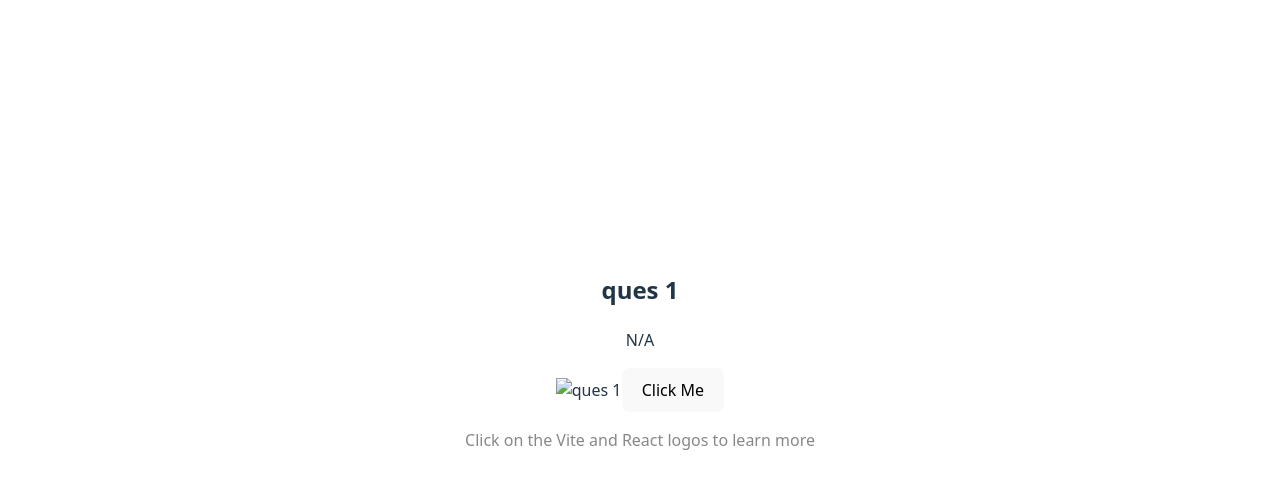
Repository: soluchi07/Flashcard-app
Page: /
The author's editor kept a copy of each file at every save. The page is drawn from the files as they stood at one save, then again after the next save.
The browser window is 1280 px wide. The pictures show the whole page.
The project was rebuilt for these pictures with package versions that can differ from the ones it lists, and the page was loaded fresh each time. Also part of the build but not shown: vite.config.js, src/components/Card.css.

Above is the page before, as saved 2025-06-13 17:11:44.

After the next save:
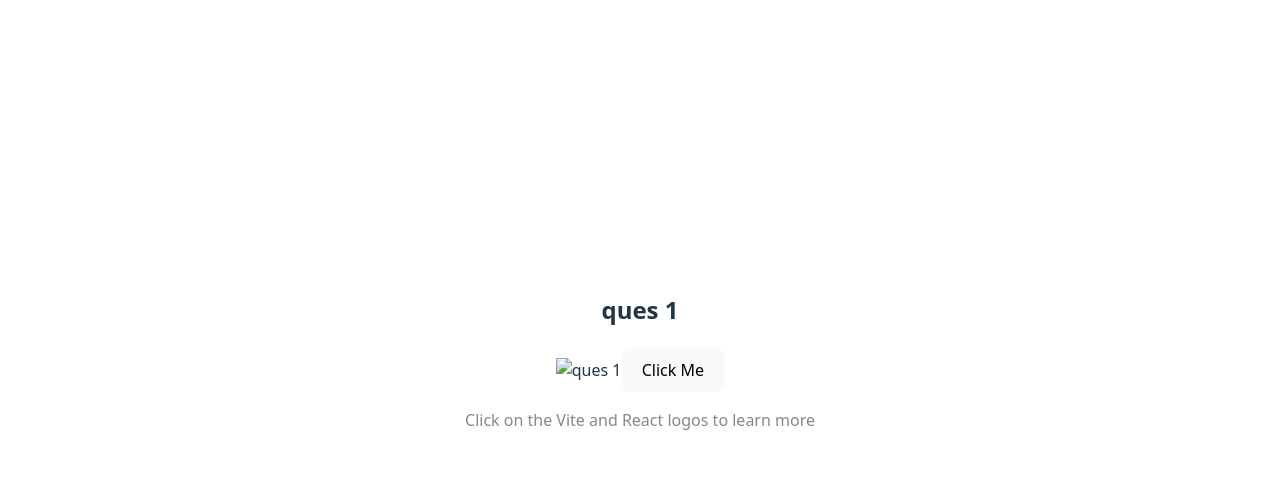
Saved 11 s later.
--- a/src/components/Card.jsx
+++ b/src/components/Card.jsx
@@ -10,7 +10,6 @@
         <>
         <div id="card">
             <h2>{props.title}</h2>
-            <p>{props.description}</p>
             <img src={props.image} alt={props.title} />
             <button onClick={props.onClick}>Click Me</button>
         </div>
